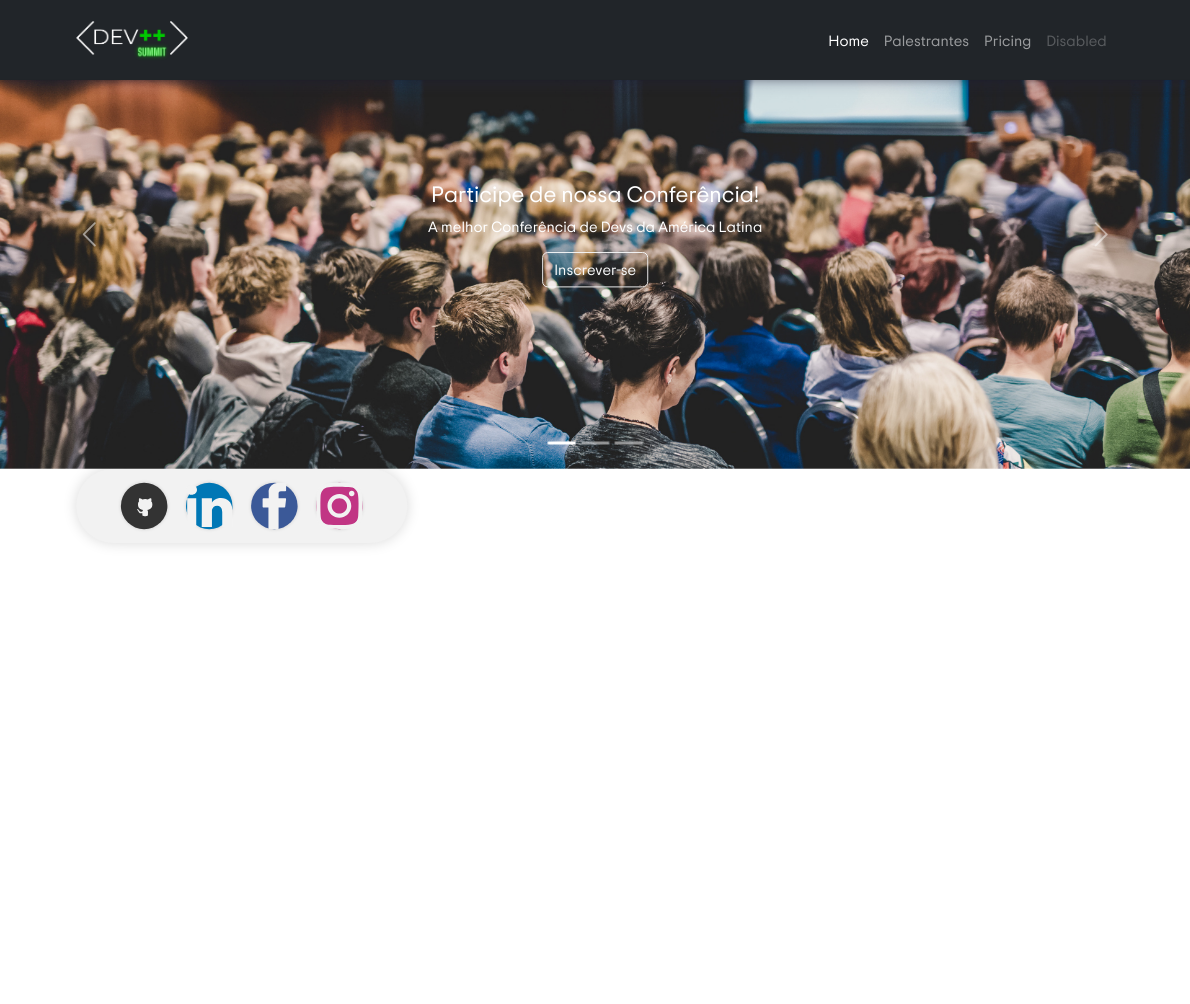
Repository: GScholl/ProjetoWeb_
Page: index.html
An editor plug-in stored every save of this project. The page is shown before and after the next save, followed by the edit.
The browser window is 1280 px wide. The pictures show the whole page, at 93% of full size.

Above is the page before, as saved 2023-08-23 10:27:22.

After the next save:
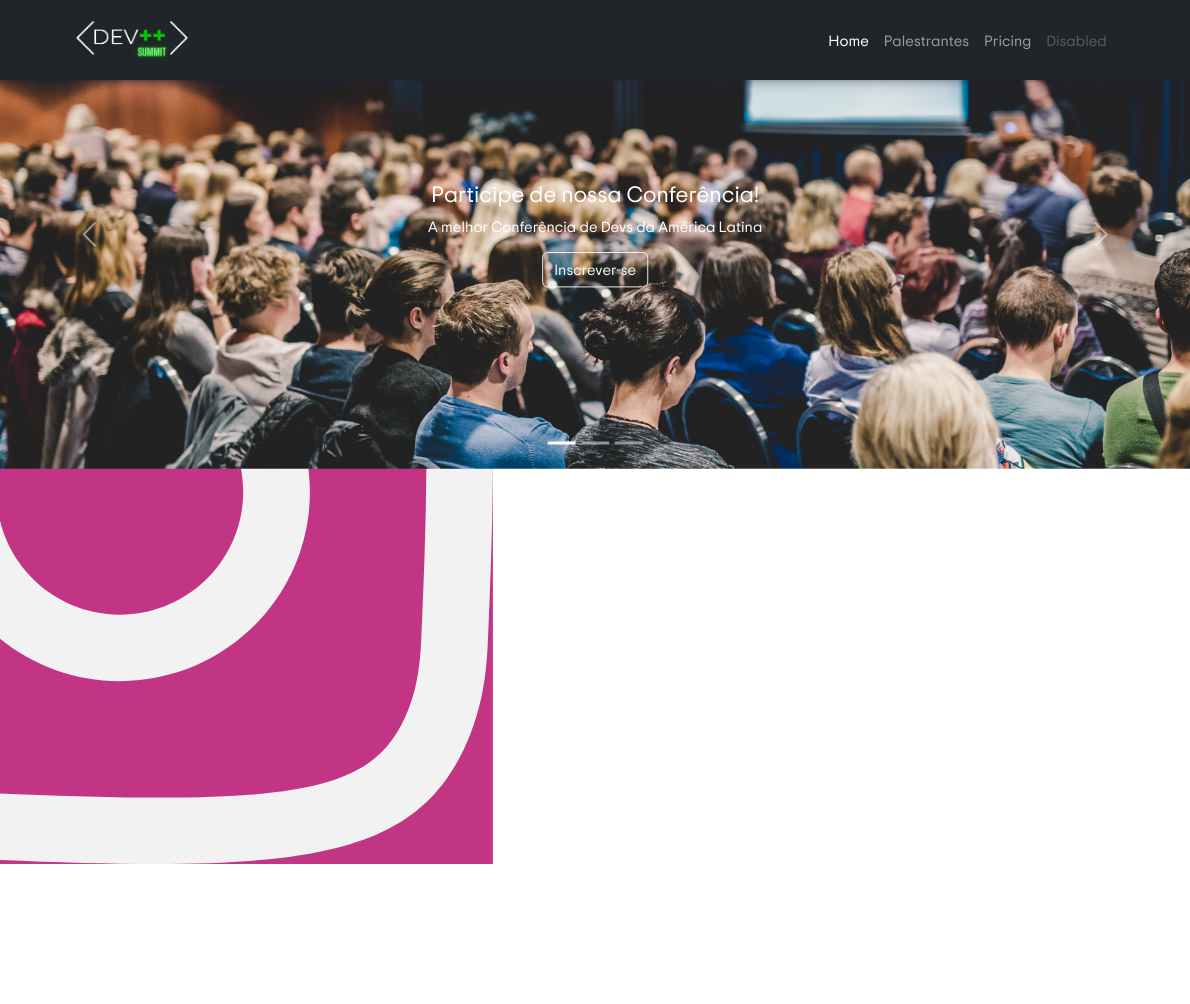
Saved 5 s later.
--- a/css/style.css
+++ b/css/style.css
@@ -56,7 +56,7 @@
   border-radius: 5em;
 }
 
-.social-button {
+.redes-sociais {
   display: flex;
   justify-content: center;
   align-items: center;

After the 3 saves that followed:
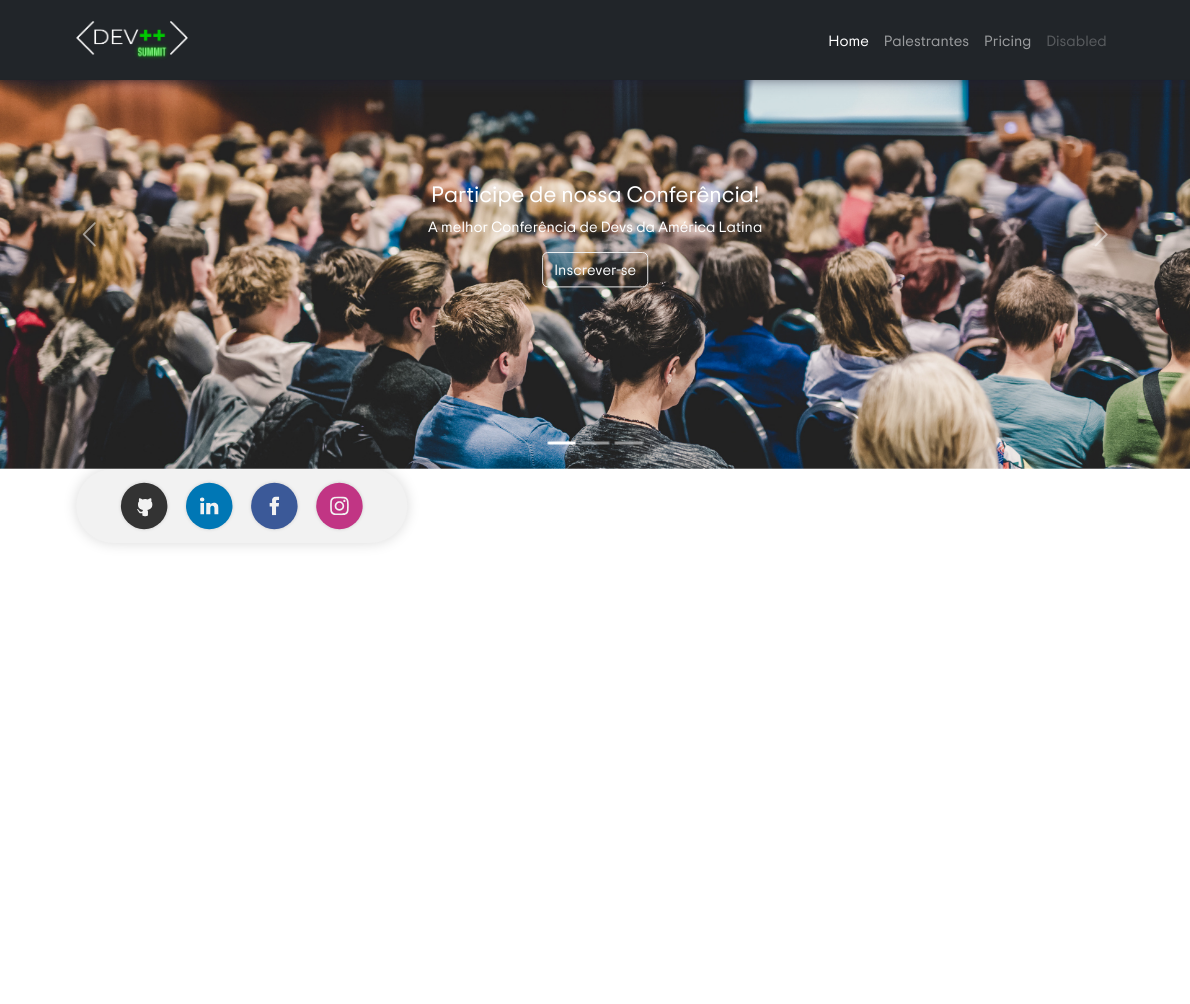
The 3 saves are shown as one change because 1 left the picture as it was and some came seconds apart.
The last was saved 11 s later.
--- a/css/style.css
+++ b/css/style.css
@@ -56,7 +56,7 @@
   border-radius: 5em;
 }
 
-.redes-sociais {
+.social-button {
   display: flex;
   justify-content: center;
   align-items: center;
@@ -74,7 +74,7 @@
   box-shadow: 0px 0px 6px 3px #00000027;
 }
 
-.social-buttons svg {
+.redes-sociais svg {
   transition: 0.3s;
   height: 20px;
 }
